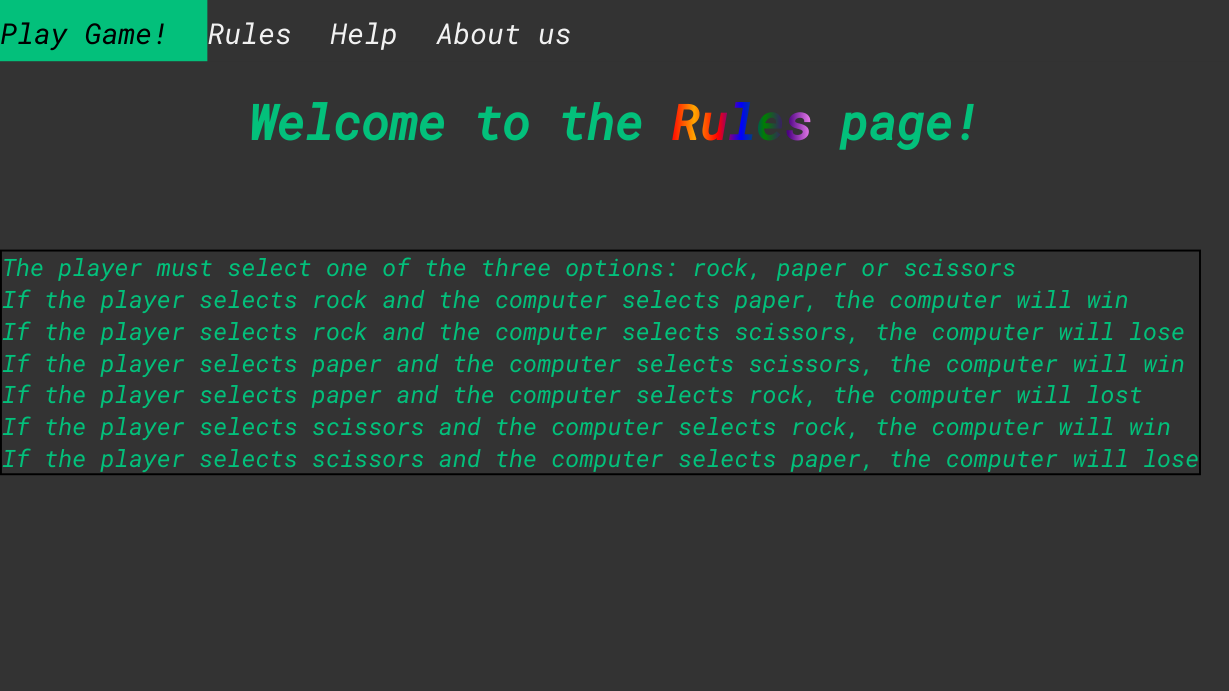
Repository: Ascendrospyder/rock-paper-scissors
Page: rulesPage.html
An editor plug-in stored every save of this project. The page is shown before and after a run of saves, followed by the edit.
The browser window is 1280 px wide. The pictures show the whole page, at 96% of full size.

Above is the page before, as saved 2022-12-26 13:22:40.

After the next 3 saves:
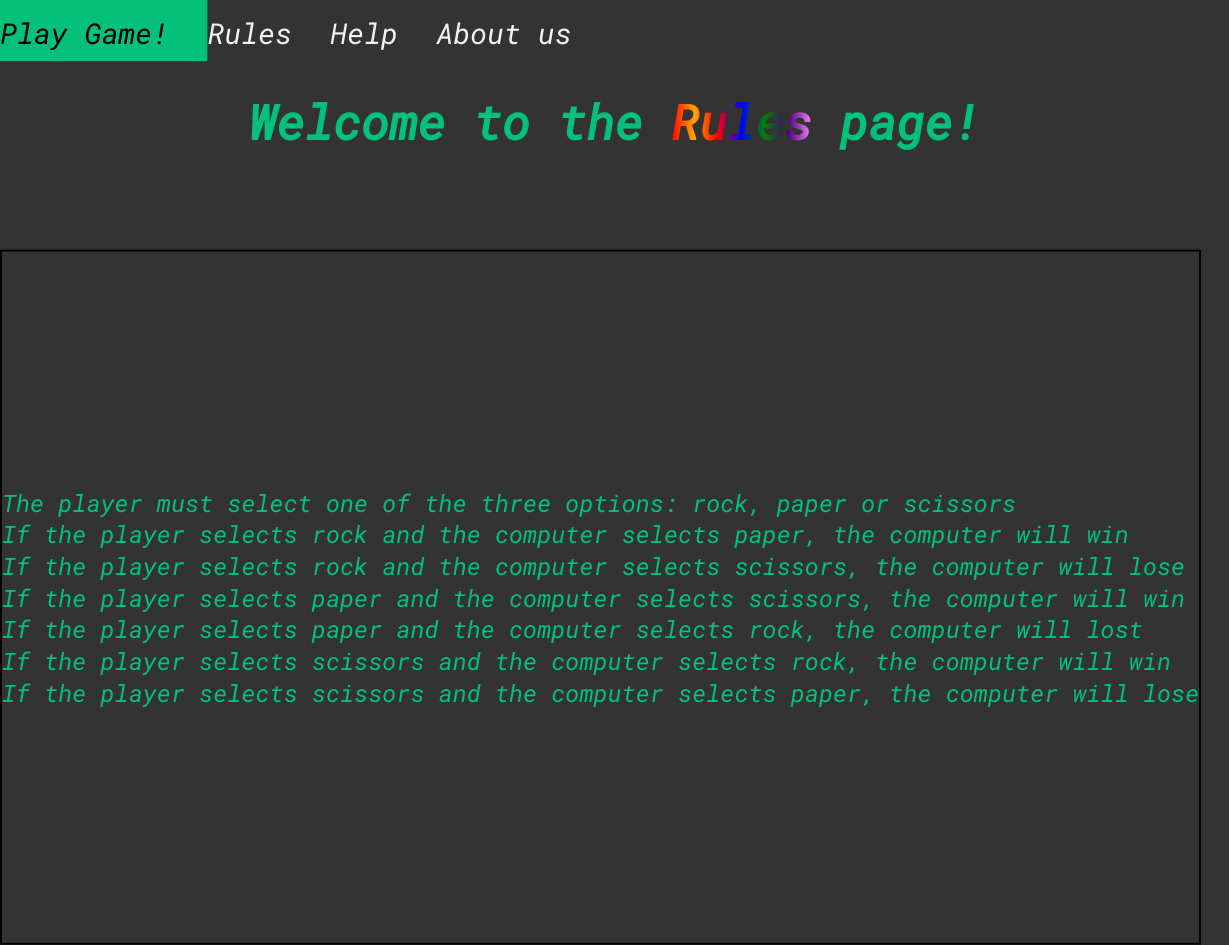
The 3 saves are shown as one change because they came seconds apart.
The last was saved 116 s later.
--- a/css/rules.css
+++ b/css/rules.css
@@ -12,7 +12,7 @@
     display : flex;
     justify-content: center;
     align-items : center;
-    /* height : 100px;  */
+    height : 100%;
 }
 
 .rules-message {
